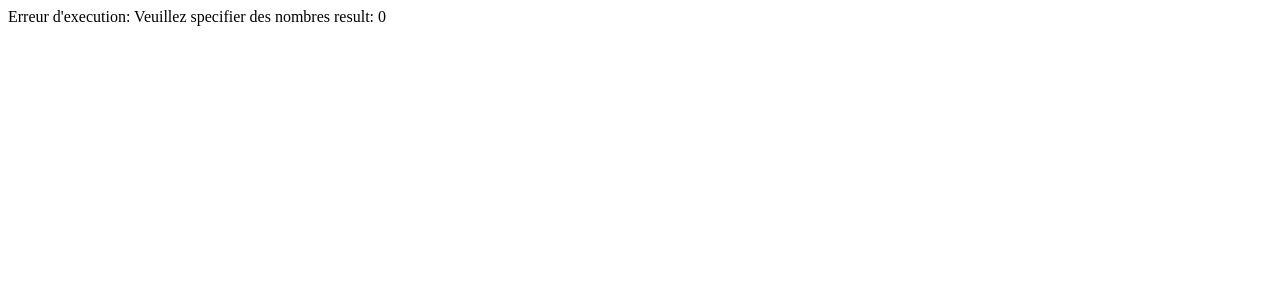
Repository: FS-23/php-getstarted
Page: http://localhost/functions.php
An editor plug-in stored every save of this project. The page is shown before and after the next save, followed by the edit.
The browser window is 1280 px wide. The pictures show the whole page.
The page is run by PHP 8.4 with error messages shown; the project is at /var/www/html/.

Above is the page before, as saved 2022-05-28 11:11:37.

After the next save:
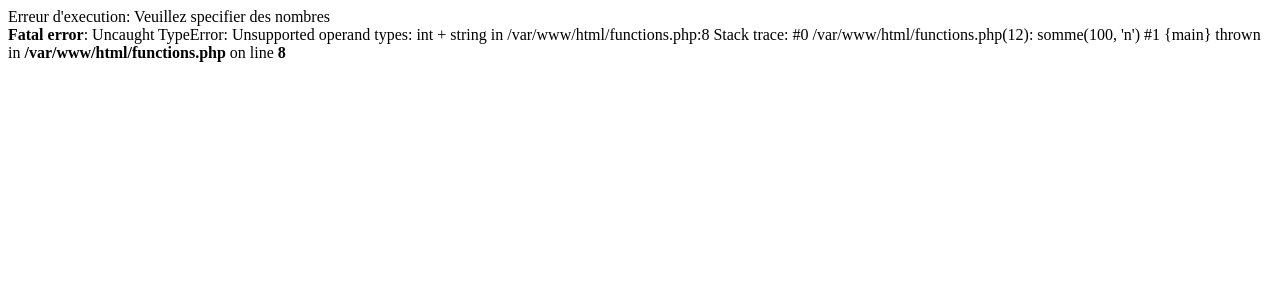
Saved 79 s later.
--- a/demo/functions.php
+++ b/demo/functions.php
@@ -3,7 +3,7 @@
     function somme($a , $b): int{
           if(!is_numeric($a) || !is_numeric($b) ){
                echo "Erreur d'execution: Veuillez specifier des nombres \n" ;
-               return 0;
+
           }
           $result = $a + $b;
           return $result;
